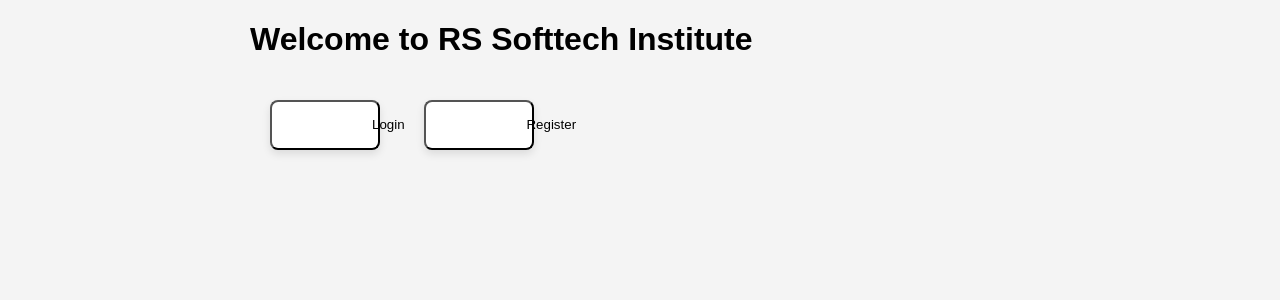
Repository: kkale14/My_allpr
Page: Kalyani1/src/main/webapp/Newpage.html
An editor plug-in stored every save of this project. The page is shown before and after the next save, followed by the edit.
The browser window is 1280 px wide. The pictures show the whole page.

Above is the page before, as saved 2025-03-03 08:31:45.

After the next save:
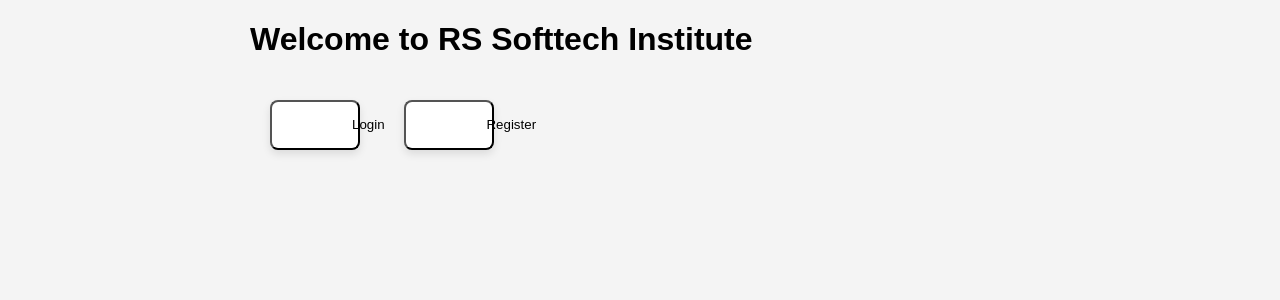
Saved 27 s later.
--- a/Kalyani1/src/main/webapp/Newpage.html
+++ b/Kalyani1/src/main/webapp/Newpage.html
@@ -22,7 +22,7 @@
           height:50px;
           text-align:center;
             margin: 20px;
-            padding-left: 100px;
+            padding-left: 80px;
             background-color: white;
             border-radius: 8px;
             box-shadow: 0 4px 8px rgba(0, 0, 0, 0.1);
